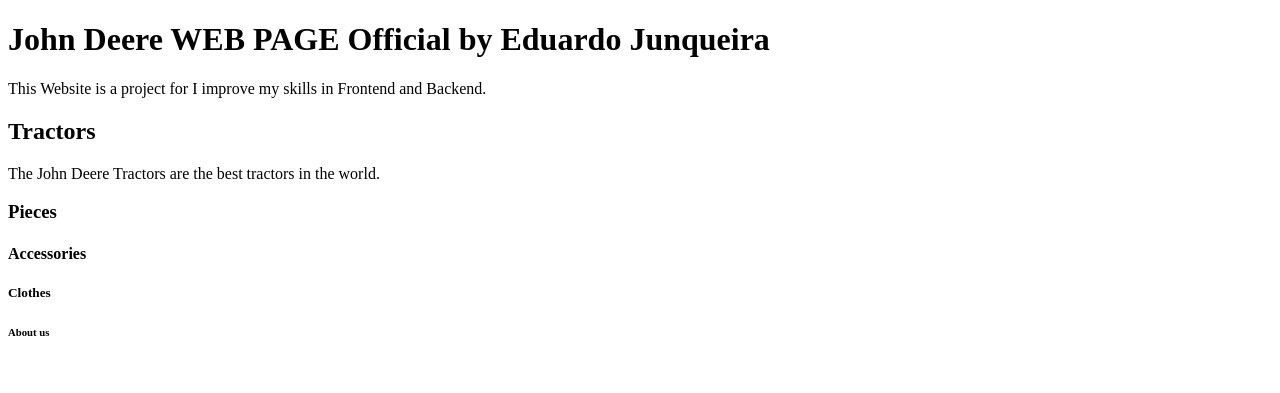
Repository: EduardoJunqueira2004/WEBJohnDeere
Page: index.html
These files come from the project's save history. The page is drawn as it stood at one moment and after a run of saves; the edit follows.
The browser window is 1280 px wide. The pictures show the whole page.

Above is the page before, as saved 2024-12-05 10:59:23.

After the next 12 saves:
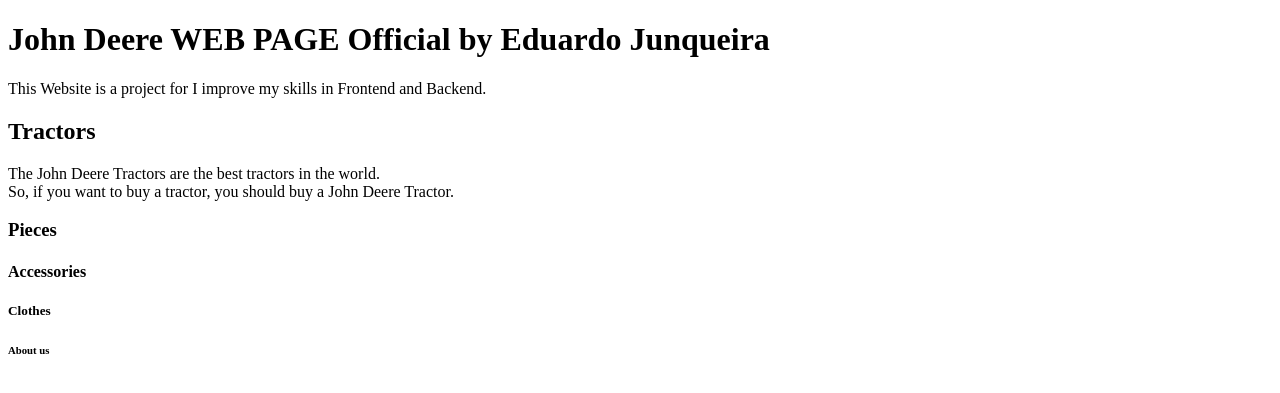
The 12 saves are shown as one change because they came seconds apart.
The last was saved 23 s later.
--- a/index.html
+++ b/index.html
@@ -14,7 +14,9 @@
     <!--heder2-->
     <h2>Tractors</h2>
     <p>
-        The John Deere Tractors are the best tractors in the world.
+        The John Deere Tractors are the best tractors in the world.<br>
+        So, if you want to buy a tractor, you should buy a John Deere Tractor.<br>
+
     </p>
     <!--heder3-->
     <h3>Pieces</h3>
